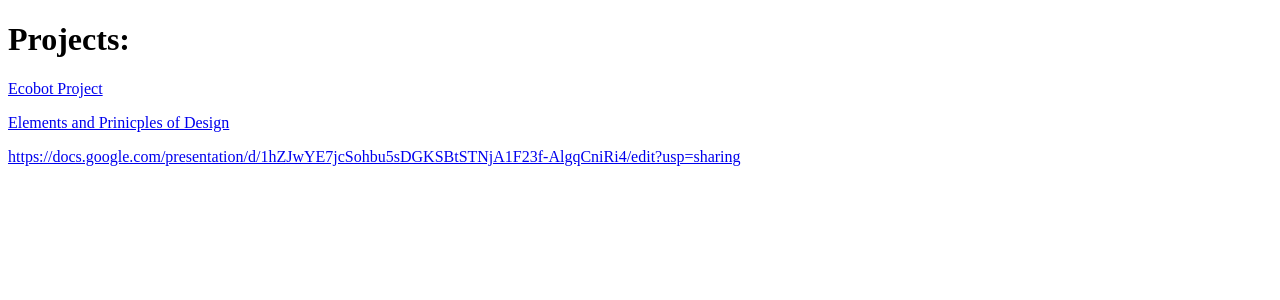
Repository: Isaakwashere/isaakwashere.github.io
Page: Engineering.html
The author's editor kept a record of every edit. The page is drawn from the files as they stood at one moment, then again after the next edit.
The browser window is 1280 px wide. The pictures show the whole page.

Above is the page before.

After the next edit:
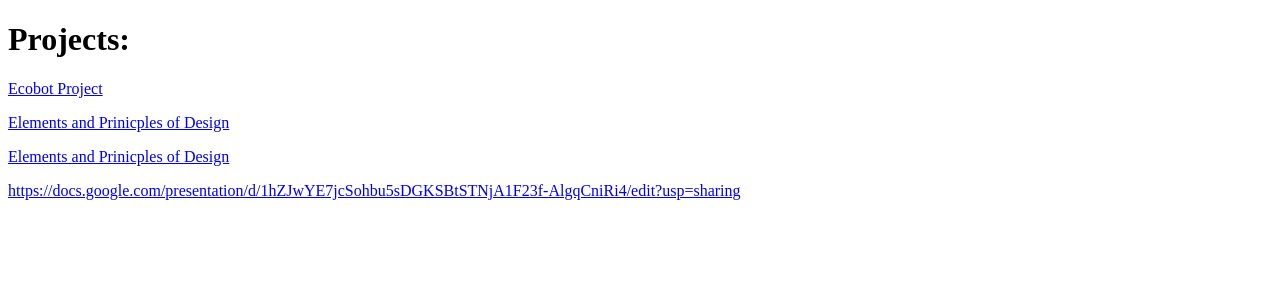
The edit:
--- a/Engineering.html
+++ b/Engineering.html
@@ -13,6 +13,7 @@
 <h1 style="color:black;">Projects:</h1>
 <p><a href="https://docs.google.com/presentation/d/1irt5dnKneLoVGd2yoK8-gBGLSylWtcAEDHAbf8LmWoI/edit?usp=sharing">Ecobot Project</p>
 <p><a href="https://docs.google.com/presentation/d/1wepdQ0bacTV4cJ4aJ8e1kTLoSTlpQWKPpgdMPeGiRps/edit?usp=sharing">Elements and Prinicples of Design</p>
+<p><a href="https://docs.google.com/presentation/d/1hZJwYE7jcSohbu5sDGKSBtSTNjA1F23f-AlgqCniRi4/edit?usp=sharing">Elements and Prinicples of Design</p>
 
 
 
